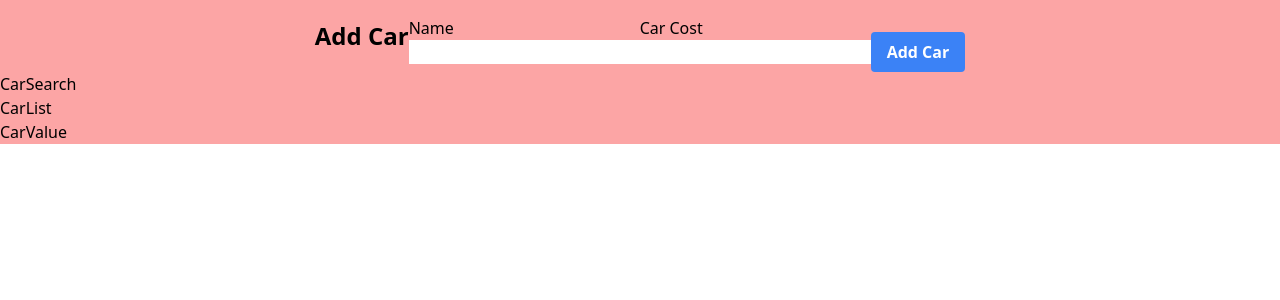
Repository: Marhamat92/carsappreduxtoolkit
Page: /
An editor plug-in stored every save of this project. The page is shown before and after the next save, followed by the edit.
The browser window is 1280 px wide. The pictures show the whole page.
The project was rebuilt for these pictures with package versions that can differ from the ones it lists, and the page was loaded fresh each time.

Above is the page before, as saved 2023-01-23 21:02:53.

After the next save:
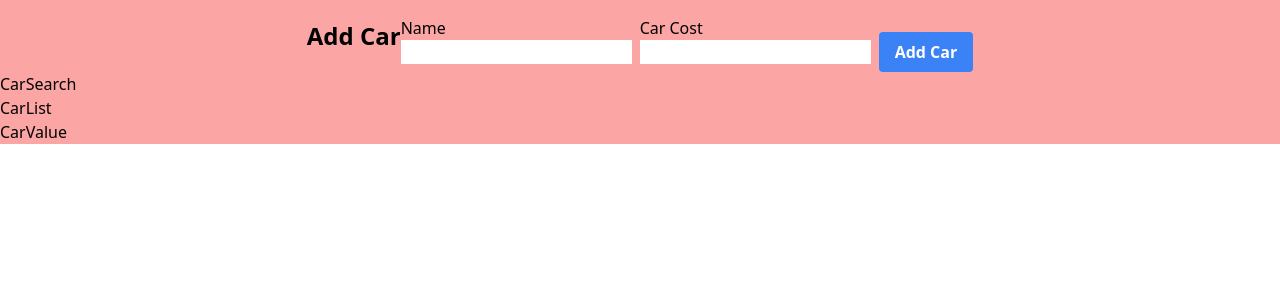
Saved 15 s later.
--- a/src/components/CarForm.js
+++ b/src/components/CarForm.js
@@ -5,7 +5,7 @@ function CarForm() {
     <div className='flex items-center justify-center'>
       <h1 className='font-bold text-2xl' >Add Car</h1>
       <div className='mt-4'>
-        <form className='flex flex-row'>
+        <form className='flex flex-row space-x-2'>
           <div className='flex flex-col'>
             <label htmlFor='make'>Name</label>
             <input type='text' name='carName' id='carName' />
